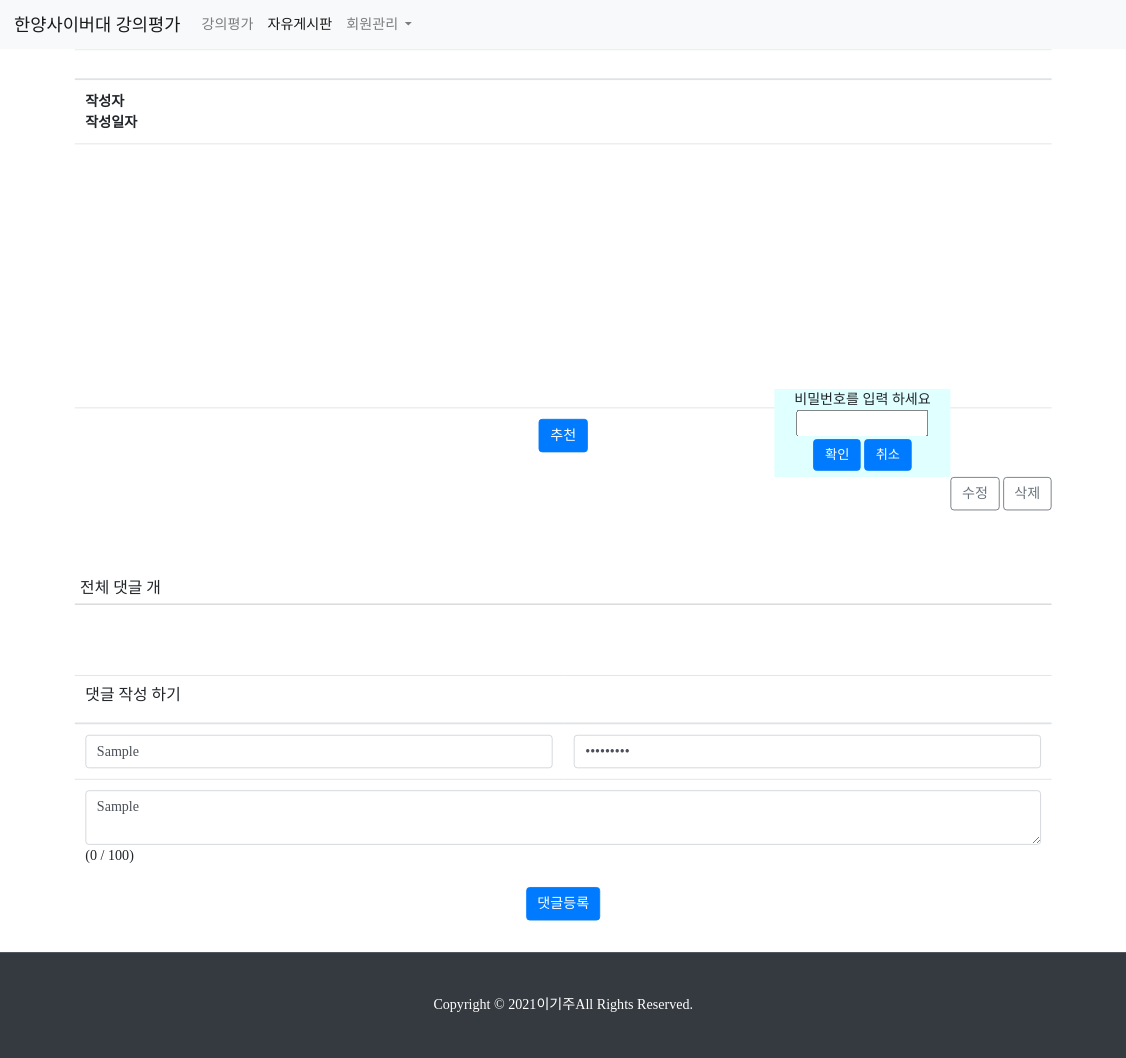
Repository: lkjjjang/hycu
Page: http://localhost/hycujjang/viewMobile.jsp
These files come from the project's save history. The page is drawn as it stood at one moment and after the next save; the edit follows.
The browser window is 1280 px wide. The pictures show the whole page, at 88% of full size.
Empty fields were first filled with sample values (such as "Sample", 5 or name@example.com).
After loading, the first visible `#contentModify` was clicked once.
Some web fonts or font styles are not loaded; a fallback is used. The page is served by Tomcat 9. Nobody is signed in. The application's start-up code is not run. Other server files are loaded and not shown. The template is opened directly, without the code that normally fills it, so the values that code supplies are empty.

Above is the page before, as saved 2022-01-05 18:08:09.
Console error (its wording comes from the project's code and is left out).

### hycujjang/WebContent/viewMobile.jsp
<%@ page language="java" contentType="text/html; charset=UTF-8"
    pageEncoding="UTF-8"%>
<%@ page import="java.util.ArrayList" %>
<%@ page import="java.net.URLEncoder" %>
<%@ page import="java.io.PrintWriter" %>
<%@ taglib prefix="c" uri="http://java.sun.com/jsp/jstl/core"%>
<%@ taglib prefix="fmt" uri="http://java.sun.com/jsp/jstl/fmt"%>
<%@ taglib prefix="fn" uri="http://java.sun.com/jsp/jstl/functions"%>


<!DOCTYPE html>
<html>
<head>
	<meta charset="UTF-8">
	<meta name="viewport" content="width=device-width, initial-scale=1, shrink-to-fit=no">
	<title>한양사이버대 강의평가</title>
	<!-- 부트스트랩 CSS 추가하기 -->
	<link rel="stylesheet"
			href="https://stackpath.bootstrapcdn.com/bootstrap/4.4.1/css/bootstrap.min.css"
			integrity="sha384-Vkoo8x4CGsO3+Hhxv8T/Q5PaXtkKtu6ug5TOeNV6gBiFeWPGFN9MuhOf23Q9Ifjh"
			crossorigin="anonymous">
	<!-- 커스텀 CSS 추가하기 -->
	<link rel="stylesheet" href="./css/custom.css">
	<style>
		.pad {
			padding-top: 5px;
			padding-bottom: 5px;
		}
		.hidden {
			height:100%;
			min-height:100%;
			overflow:hidden !important;
			touch-action:none;
		}
	</style>
</head>
<body>

	<nav class="navbar navbar-expand-lg navbar-light bg-light">
		<a class="navbar-brand" href="index.jsp">한양사이버대 강의평가</a>
		<button class="navbar-toggler" type="button" data-toggle="collapse" data-target="#navbar">
			<span class="navbar-toggler-icon"></span>
		</button>
		<div id="navbar" class="collapse navbar-collapse">
			<ul class="navbar-nav mr-auto">
				<li class="nav-item">
					<a class="nav-link" href="lectureBoardController?pageNumber=1">강의평가</a>
				</li>
				<li class="nav-item active">
					<a class="nav-link" href="freeBoardController?pageNumber=1">자유게시판</a>
				</li>
				<li class="nav-item dropdown">
					<a class="nav-link dropdown-toggle" id="dropdown" data-toggle="dropdown" href="index.jsp">
						회원관리
					</a>
					<div class="dropdown-menu" aria-labelledby="dropdown">
						<a class="dropdown-item" href="logout.jsp">로그아웃</a>
					</div>
				</li>
			</ul>
		</div>
	</nav>

	<div class="container">
		<div>
			<c:set var="detail" value="${freeBoardDetail}"></c:set>
			<table class="table" style="text-align: left;">
				<thead>
					<tr>
						<th colspan="3"><h1>${detail.bbsTitle}</h1></th>
					</tr>
				</thead>
				<tbody>
					<tr>
						<td style="text-align: left;">
							<div>
								<span style="font-weight: bold;">작성자  </span>${detail.nickName}<br/>
							</div>
							<div>
								<span style="font-weight: bold;">작성일자  </span>${detail.nickName}<br/>
							</div>
						</td>
					</tr>
					<tr>
						<td colspan="3" style="text-align: left; height: 300px;">${detail.bbsContente}</td>
					</tr>
					<tr id="upvote_bbsID">
						<td colspan="3" style="text-align: center;">
							<c:if test="${userID == 'guest'}">
								<!-- ${userID} 로그인시 세션에 저장해둠 -->
								<button onclick="guest()" class="btn btn-primary">${detail.bbsUpvote} 추천</button>
							</c:if>
							<c:if test="${userID != 'guest'}">
								<!-- ${userID} 로그인시 세션에 저장해둠 -->
								<button onclick="upvoteUpdate(${detail.bbsID}, ${userID})" class="btn btn-primary">${detail.bbsUpvote} 추천</button>
							</c:if>
						</td>
					</tr>
				</tbody>
			</table>
		</div>
		<c:if test="${userID == 'guest'}">
			<div style="text-align: right;">
				<button class="btn btn-outline-secondary" onclick="guest()">수정</button>
				<button class="btn btn-outline-secondary" onclick="guest()">삭제</button>
			</div>
		</c:if>
		<c:if test="${userID != 'guest'}">
			<div style="text-align: right;">
				<button class="btn btn-outline-secondary" id="contentModify" onclick="showPop(this)">수정</button>
				<button class="btn btn-outline-secondary" id="contentDelete" onclick="showPop(this)">삭제</button>
			</div>
		</c:if>
	</div>

	<br>
	<br>
	<br>

	<div class="container" id="commentList">
		<div class="row">
			<div class="col-12">
				<h5 style="height: auto; width: 100%; border-bottom:1px solid silver; padding: 6px;">전체 댓글 ${commentCount}개</h5>
			</div>
		</div>
		<c:set var="commentCount" value="${commentCount}"></c:set>
		<input type="hidden" id="commentCount" value="${commentCount}">
		<c:forEach var="comments" varStatus="status" items="${comments}">
			<input type="hidden" id="dispID_${comments.commentID}" value="${comments.commentID}">
			<input type="hidden" id="commentWriter_${comments.commentID}" value="${comments.writeID}">
			<div class="row bg-light">
				<div class="col-6 pad" style="text-align: left;">${comments.writeID}</div>
				<div class="col-6 pad" style="text-align: right;">${comments.regDate}
					<a href="#" id="commentDelete_${comments.commentID}" onclick="commentShowPop(this); return false;"><img src="images/del.png" width="15" height="15"></a>
				</div>
			</div>
			<div class="row pad">
				<div class="col">
					<a href="javascript:doDisplay(dispID_${comments.commentID});">${comments.comment}</a>
				</div>
			</div>
			<!-- 대댓글 입력창 -->
			<table class="table" id="riply_${comments.commentID}" style="display:none;">
				<tbody>
					<tr>
						<td>
							<input class="form-control" type="text" id="replyID_${comments.commentID}" name="replyID_${comments.commentID}" placeholder="아이디" maxlength="20">
						</td>
						<td>
							<input class="form-control" type="password" id="replyPassword_${comments.commentID}" name="replyPassword_${comments.commentID}" placeholder="비밀번호" maxlength="20">
						</td>
					</tr>
					<tr>
						<td colspan="2">
							<textarea class="form-control" id="reply_text_${comments.commentID}" name="reply" placeholder="댓글을 입력하세요" maxlength="100"></textarea>
							<div id="reply_text_count_${comments.commentID}">(0 / 100)</div>
							<br>
							<div style="text-align: center;">
								<input type="hidden" id="bbsID" value="${detail.bbsID}">
								<c:if test="${userID == 'guest'}">
									<button class="btn btn-primary" onclick="guest()">댓글등록</button>
								</c:if>
								<c:if test="${userID != 'guest'}">
									<button class="btn btn-primary" onclick="replyRegister(replyID_${comments.commentID}, replyPassword_${comments.commentID}, reply_text_${comments.commentID}, dispID_${comments.commentID})">댓글등록</button>
								</c:if>
							</div>
						</td>
					</tr>
				</tbody>
			</table>

			<c:forEach var="reply" varStatus="status" items="${comments.replyList}">
				<div class="row">
					<div class="col-6 offset-1 bg-light pad" style="text-align: left;">${reply.nickName}</div>
					<div class="col-5 bg-light pad" style="text-align: right;">${reply.regDate}
						<img src="images/del.png" width="15" height="15">
					</div>
				</div>
				<div class="row">
					<div class="col offset-1 pad">
						<span style="background-color: lavender;">@${comments.writeID}</span> ${reply.replyComment}
					</div>
				</div>
			</c:forEach>
		</c:forEach>
	</div>

	<br>
	<br>
	<br>


	<div class="container">
		<table class="table">
			<thead>
				<tr>
					<th colspan="2"><h5>댓글 작성 하기</h5></th>
				</tr>
			</thead>
			<tbody>
				<tr>
					<td>
						<input class="form-control" type="text" id="writeID" name="writeID" placeholder="아이디" maxlength="20">
					</td>
					<td>
						<input class="form-control" type="password" id="password" name="password" placeholder="비밀번호" maxlength="20">
					</td>
				</tr>
				<tr>
					<td colspan="2">
						<textarea class="form-control" id="comment" name="comment" placeholder="댓글을 입력하세요" maxlength="100"></textarea>
						<div id="comment_text_count">(0 / 100)</div>
						<br>
						<div style="text-align: center;">
							<input type="hidden" id="bbsID" value="${detail.bbsID}">
							<c:if test="${userID == 'guest'}">
								<button class="btn btn-primary" onclick="guest()">댓글등록</button>
							</c:if>
							<c:if test="${userID != 'guest'}">
								<button class="btn btn-primary" onclick="commentRegister()">댓글등록</button>
							</c:if>
						</div>
					</td>
				</tr>
			</tbody>
		</table>
	</div>

	<div id="msgArea" style="display:none; position:absolute; width:200px; height:100px; background-color: #E0FFFF">
		<div style="text-align: center;">
			비밀번호를 입력 하세요
			<input type="password" id="contentPassword" style="width:150px; height:30px; font-size:30px;">
		</div>
		<div style="text-align: center;">
			<span><button class="btn btn-primary" style="font-size:15px;">확인</button></span>
			<span><button class="btn btn-primary" style="font-size:15px;" onclick="popclose()">취소</button></span>
		</div>
	</div>

	<footer class="bg-dark mt-4 p-5 text-center" style="color: #FFFFFF;">
		Copyright &copy; 2021이기주All Rights Reserved.
	</footer>
	<script src="https://code.jquery.com/jquery-3.6.0.js"
  			integrity="sha256-H+K7U5CnXl1h5ywQfKtSj8PCmoN9aaq30gDh27Xc0jk="
  			crossorigin="anonymous">
	</script>
	<script src="https://cdn.jsdelivr.net/npm/popper.js@1.16.0/dist/umd/popper.min.js"
			integrity="sha384-Q6E9RHvbIyZFJoft+2mJbHaEWldlvI9IOYy5n3zV9zzTtmI3UksdQRVvoxMfooAo"
			crossorigin="anonymous">
	</script>
	<script src="https://maxcdn.bootstrapcdn.com/bootstrap/4.0.0/js/bootstrap.min.js"
			integrity="sha384-JZR6Spejh4U02d8jOt6vLEHfe/JQGiRRSQQxSfFWpi1MquVdAyjUar5+76PVCmYl"
			crossorigin="anonymous">
	</script>
	<script type="text/javascript">
		// 버튼 위치 절대 경로 페이지 0,0 부터 절대값으로 좌표 가져옴
		function commentShowPop(tagID) {
			var id = tagID.id;
			var buttonLocation = $('#'+ id +'').offset();
			var popX = buttonLocation.left - 200;
			var popY = buttonLocation.top - 100;
			popup(popX, popY);
		}

		function showPop(tagID) {
			var id = tagID.id
			var buttonLocation = $('#'+ id +'').position(); // 버튼의 위치에 레이어를 띄우고자 할 경우, 위치 정보 가져옴
			var popX = buttonLocation.left - 200;
			var popY = buttonLocation.top - 100;
			popup(popX, popY);
		}

		function popup(popX, popY) {
			var lay_pop = $('#msgArea');
			lay_pop.css('left', (popX) + 'px'); // 레이어 위치 지정
			lay_pop.css('top', (popY) + 'px');
			lay_pop.fadeIn();
			lay_pop.focus();
		}

		function popclose() {
			var lay_pop = $('#msgArea');
			lay_pop.fadeOut();
		}
	</script>
	<script type="text/javascript">
		function guest() {
			alert('게스트 계정은 사용할 수 없습니다.');
		}
	</script>
	<script type="text/javascript">
		$(document).ready(function() {
			$('#comment').bind("change keyup input", function(event) {
				$('#comment_text_count').html("("+$(this).val().length+" / 100)");

				if($(this).val().length > 100) {
					$(this).val($(this).val().substring(0, 100));
					$('#comment_text_count').html("(100 / 100)");
				}
			});
		});

		function doDisplay(id){
			var id = id.value;
			var con = document.getElementById('riply_' + id + '');
			if (con.style.display=='none'){
				con.style.display = '';
				replyWriteWindow(id);
			} else {
				con.style.display = 'none';
			}
		}

		function replyWriteWindow(id) {
			$("textarea[id^='reply_text_"+ id +"']").bind("change keyup input", function(event) {
				$("div[id^='reply_text_count_"+ id +"']").html("("+$(this).val().length+" / 100)");

				if($(this).val().length > 100) {
					$(this).val($(this).val().substring(0, 100));
					$("div[id^='reply_text_count_"+ id +"']").html("(100 / 100)");
				}
			});
		}
	</script>
	<script type="text/javascript">
	// 게시글 추천
		function upvoteUpdate(bbsID, userID) {
			var data = {bbsID: bbsID, userID: userID}
			$.ajax({
				type: "post",
				url: "voteController",
				data: JSON.stringify(data),
				contentType: "application/json; charset=utf-8",
				dataType: "json",

				success: function(json) {
					if (json[0].resultCode == 'ok') {
						upvotePrint(json, bbsID);
					} else if (json[0].resultCode == 'no') {
						alert('추천은 한번만 가능 합니다.')
						upvotePrint(json, bbsID);
					} else {
						alert('데이터베이스 오류 입니다.')
						upvotePrint(json, bbsID);
					}
				},
				error: function(json) {
					alert('시스템 오류 입니다.')
				}
			});
		}
		function upvotePrint(json, bbsID) {
			var upvote = document.getElementById("upvote_bbsID");
			upvote.innerHTML = '<td colspan="3" style="text-align: center;">' +
								   	'<button onclick="upvoteUpdate('+ bbsID +', '+ ${userID} +')" class="btn btn-primary">' +
								   	json[0].upvoteCount + ' 추천</button>' +
							   '</td>'
		}
	</script>
	<script type="text/javascript">
		$("button[id^='delID_']").click(function(envet){
			var x = event.clientX - 250;
			var	y = event.clientY;
  			openForm(x, y, this);
  		});

		function modifyMsg(msg){
			alert(msg);
		}

		function goModify(bbsID) {
			location.href = 'contentModifyController?id='+ bbsID +'';
		}

		// 댓글 삭제 버튼 클릭시 자식창에서 보내주는 메시지를 띄움
		function delMsg(msg, resultCode, commentCount){
			alert(msg);
			if (resultCode == 'OK') {
				var bbsID = $('#bbsID').val();
				pageReload(bbsID);
			}
		}

		function bbsDelMsg(msg, code){
			alert(msg);
			if (code == "OK") {
				location.href = 'freeBoardController?pageNumber=1';
			}
		}
	</script>
	<script type="text/javascript">
	// 대댓글
		function replyRegister(nick, pass, content, tagHideID) {
			var data = {
					commentID: tagHideID.value,
					bbsID: $('#bbsID').val(),
					nickName: nick.value,
					password: pass.value,
					replyComment: content.value
				}

				$.ajax({
					type: "post",
					url: "replyRegisterController",
					data: JSON.stringify(data),
					contentType: "application/json; charset=utf-8",
					dataType: "json",

					success: function(json) {
						// 작성완료시 대댓글창 없앰
						doDisplay(tagHideID);
						console.log(json);
						if (json[0].resultCode == 'isNull') {
							alert('빈칸없이 작성 해야 합니다.')
						} else if (json[0].resultCode == 'error'){
							alert('데이터베이스 오류 입니다.')
						} else {
							$("#commentList").load(window.location.href + "#commentList");
						}
					},
					error: function(json) {
						alert('빈칸없이 작성해야 합니다.')
					}
				});
		}
	</script>
	<script type="text/javascript">
	// 댓글
		function commentRegister() {
			var data = {
				writeID: $("#writeID").val(),
				password: $("#password").val(),
				bbsID: $("#bbsID").val(),
				comment: $("#comment").val()
			}
			console.log(data);
			$.ajax({
				type: "post",
				url: "commentRegisterController",
				data: JSON.stringify(data),
				contentType: "application/json; charset=utf-8",
				dataType: "json",

				success: function(json) {
					if (json[0].resultCode == 'isNull') {
						alert('빈칸없이 작성 해야 합니다.')
					} else if (json[0].resultCode == 'error'){
						alert('데이터베이스 오류 입니다.')
					} else {
						$("#commentList").load(window.location.href + "#commentList");
					}
				},
				error: function(json) {
					alert('시스템 오류 입니다.')
				}
			});
		}
	</script>
	<script type="text/javascript">
		function openForm(x, y, tagID) {
			var options = 'width=200, height=100, top='+ y +', left='+ x +', resizable=no, scrollbars=no, location=no';
			window.open('./delForm.jsp?id=' + (tagID.id) + '', 'delForm', options);
		}
	</script>

</body>
</html>

### hycujjang/WebContent/css/custom.css
@import url(https://fonts.googleapis.com/earlyaccess/jejugothic.css);
@import url(https://fonts.googleapis.com/css2?family=Nanum+Gothic&display=swap);
.navbar-brand, h1, h2, h3, h4 {
	font-family: 'Jeju Gothic';
}
h5 {
	font-family: 'Jeju Gothic';
	font-size: 18px;
}
body {
	font-family: 'Nanum Gothic';
}

After the next save:
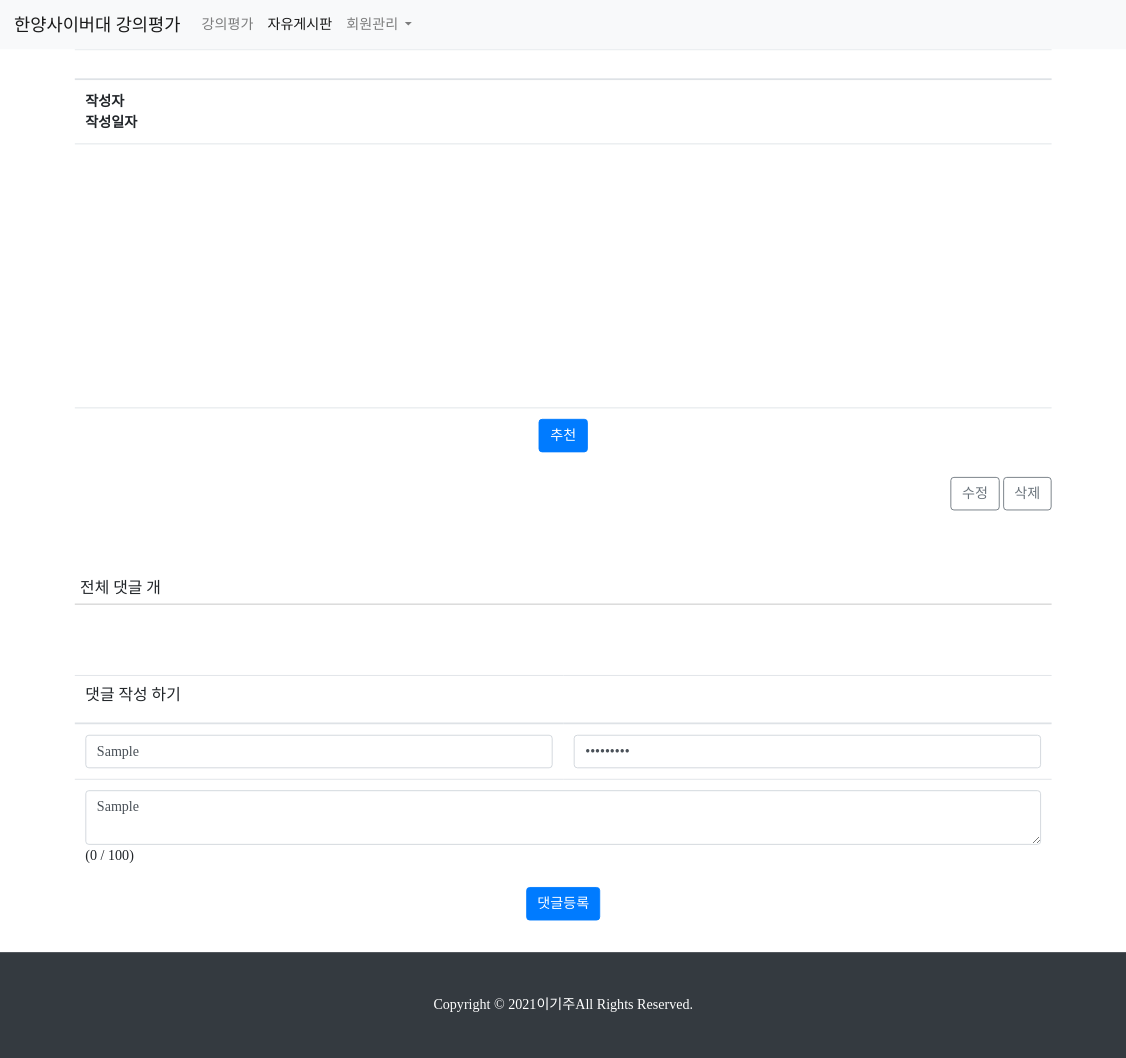
Console error: ReferenceError: buttonLocation is not defined
Saved 57 s later.
--- a/hycujjang/WebContent/viewMobile.jsp
+++ b/hycujjang/WebContent/viewMobile.jsp
@@ -257,20 +257,18 @@
 		function commentShowPop(tagID) {
 			var id = tagID.id;
 			var buttonLocation = $('#'+ id +'').offset();
-			var popX = buttonLocation.left - 200;
-			var popY = buttonLocation.top - 100;
-			popup(popX, popY);
+			popup(buttonLocation);
 		}
 
 		function showPop(tagID) {
 			var id = tagID.id
 			var buttonLocation = $('#'+ id +'').position(); // 버튼의 위치에 레이어를 띄우고자 할 경우, 위치 정보 가져옴
+			popup(buttonLocation);
+		}
+
+		function popup(popX, popY) {
 			var popX = buttonLocation.left - 200;
 			var popY = buttonLocation.top - 100;
-			popup(popX, popY);
-		}
-
-		function popup(popX, popY) {
 			var lay_pop = $('#msgArea');
 			lay_pop.css('left', (popX) + 'px'); // 레이어 위치 지정
 			lay_pop.css('top', (popY) + 'px');
